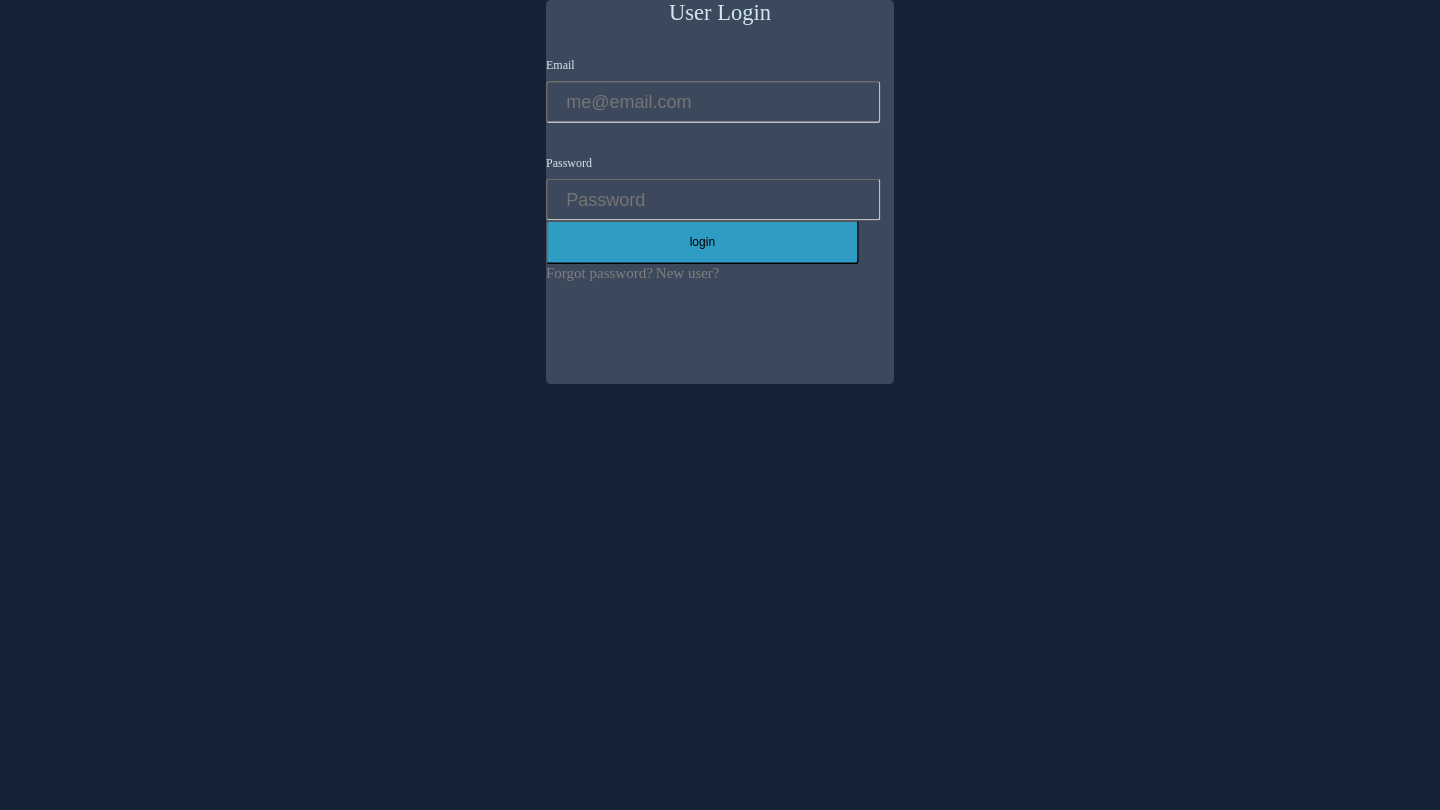
Repository: leystra019/nea
Page: html/user login.html
An editor plug-in stored every save of this project. The page is shown before and after the next save, followed by the edit.
The browser window is 1280 px wide. The page is 1920 px wide, so the pictures cover 1920 px, including what lies to the right of the window. The pictures show the whole page, at 75% of full size.

Above is the page before, as saved 2022-12-12 11:06:26.

After the next save:
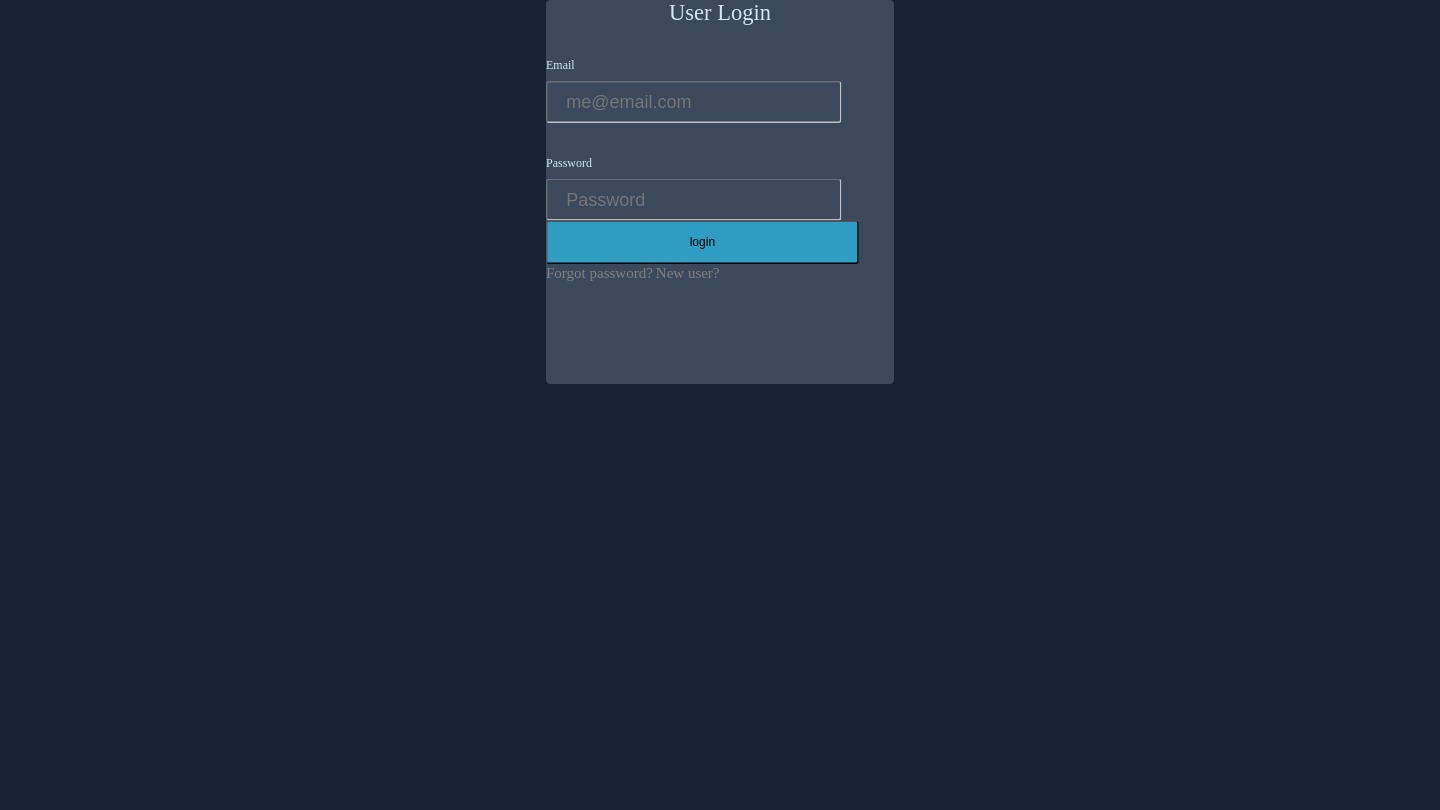
Saved 2 min 50 s later.
--- a/css/login.css
+++ b/css/login.css
@@ -51,7 +51,7 @@
   border-radius: 4px;
   border: 1;
   height: 52px;
-  width: 417px;
+  width: 365px;
   background-color: #3C485B;
   border-color: #c0c0c0;
   font-size: 24px;

After the save that followed:
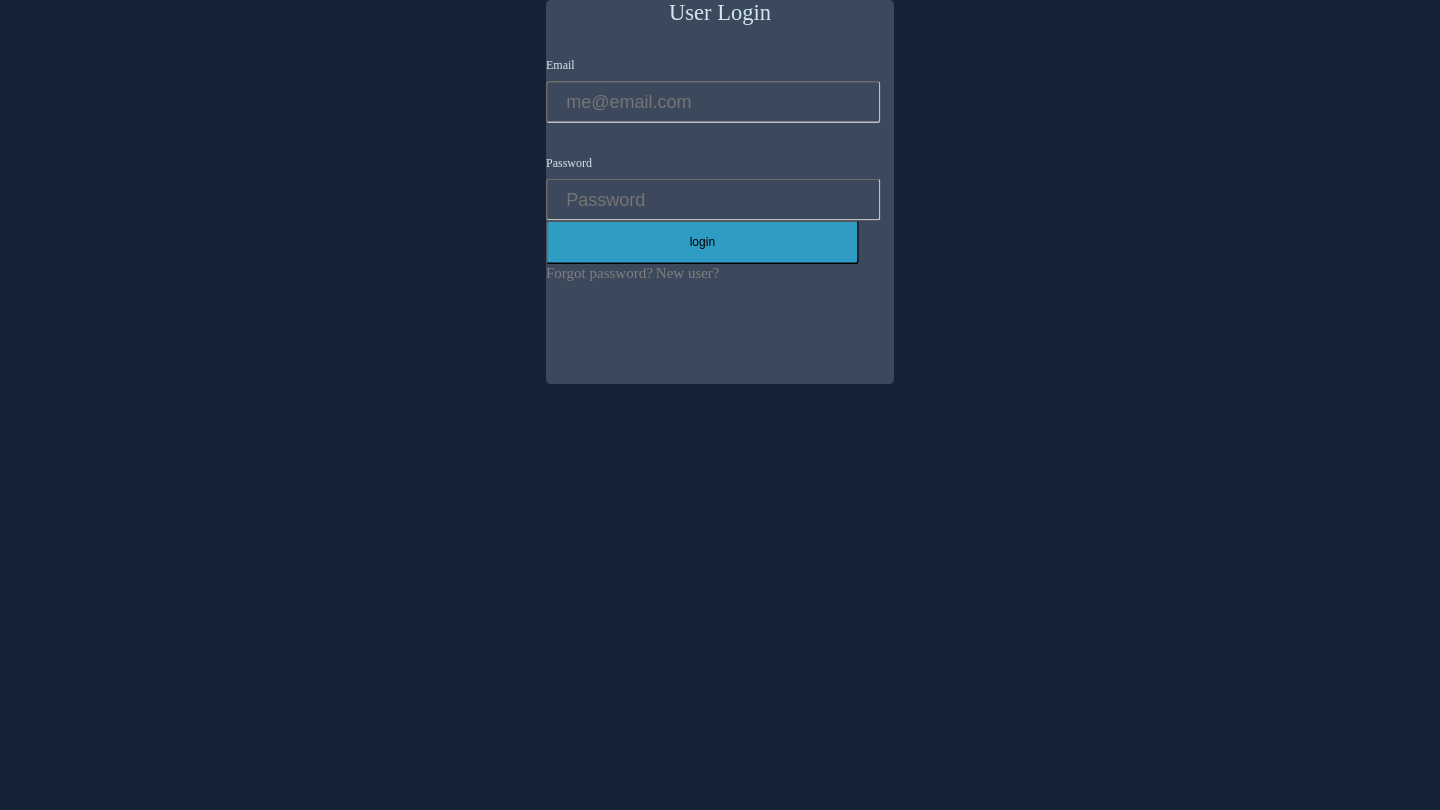
Saved 20 s later.
--- a/css/login.css
+++ b/css/login.css
@@ -51,7 +51,7 @@
   border-radius: 4px;
   border: 1;
   height: 52px;
-  width: 365px;
+  width: 417px;
   background-color: #3C485B;
   border-color: #c0c0c0;
   font-size: 24px;
